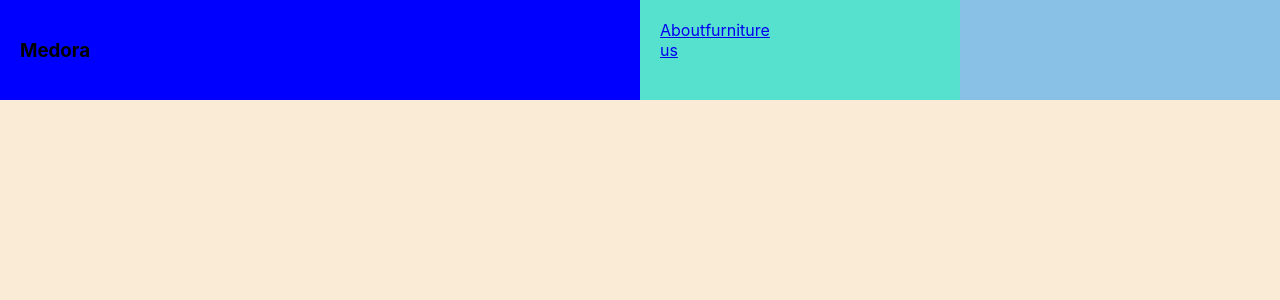
Repository: SbuKhoza/medora
Page: /
These files come from the project's save history. The page is drawn as it stood at one moment and after a run of saves; the edit follows.
The browser window is 1280 px wide. The pictures show the whole page.
The project was rebuilt for these pictures with package versions that can differ from the ones it lists, and the page was loaded fresh each time.

Above is the page before, as saved 2024-07-09 13:51:22.

### src/App.js

import './App.css';

function App() {
  return (

   <div className='container'>


    <div className='navleft'>

      <div className='icondiv'>
      <h3 className='icon'>Medora</h3>
      </div>


    </div>

    <div className='navcenter'>
      <div className='menucenter'>
      <a href='#'>About us</a>
      <a href='#'>furniture</a>
      </div>


    </div>

    <div className='navright'>

    </div>

  </div>
  );
}

export default App;

### src/App.css
body {
  background-color: antiquewhite;
}

.container {
  display: flex;
  height: 100vh;
}

.navleft {
  display: flex;
  width: 50%;
  height:100px;
  background-color: blue;
}

.navcenter {
  display: flex;
  width: 25%;
  height:100px;
  background-color: rgb(86, 224, 206);
}

.navright {
  display: flex;
  width: 25%;
  height:100px;
  background-color: rgb(137, 193, 230);
}

.icondiv {
  width: 40px;
  height: 40px;
  margin: 20px;

}

.menucenter {
  display: flex;
  width: 40px;
  height: 40px;
  margin: 20px;
}

Loaded but not shown: public/index.html (common file); src/index.js (common file); src/index.css (common file); src/reportWebVitals.js (common file)

After the next 2 saves:
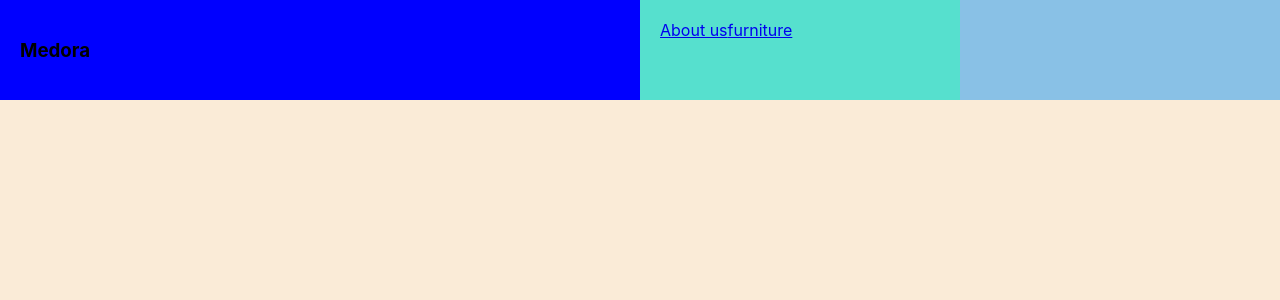
The 2 saves are shown as one change because they came seconds apart.
The last was saved 26 s later.
--- a/src/App.css
+++ b/src/App.css
@@ -37,7 +37,6 @@ body {
 
 .menucenter {
   display: flex;
-  width: 40px;
   height: 40px;
   margin: 20px;
 }
